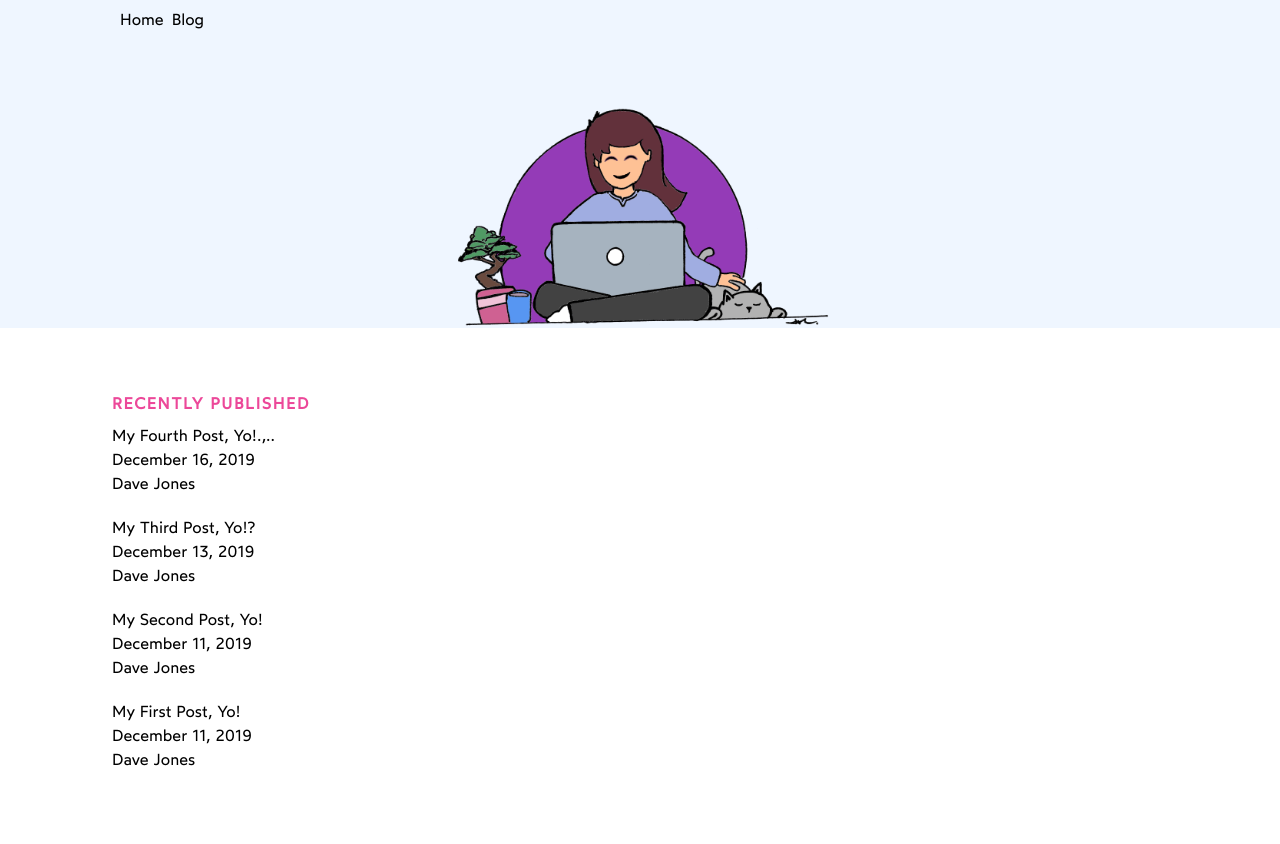
Repository: Risclover/markdown-blog
Page: /
An editor plug-in stored every save of this project. The page is shown before and after the next save, followed by the edit.
The browser window is 1280 px wide. The pictures show the whole page.
The project was rebuilt for these pictures with package versions that can differ from the ones it lists, and the page was loaded fresh each time.

Above is the page before, as saved 2023-06-28 14:07:42.

### src/index.js
import React from "react";
import ReactDOM from "react-dom/client";
import { BrowserRouter as Router } from "react-router-dom";
import "./fonts/wotfard-cufonfonts-webfont/style.css";

import "./index.css";
import App from "./App";

const root = ReactDOM.createRoot(document.getElementById("root"));
root.render(
  <Router>
    <App />
  </Router>
);

### src/fonts/wotfard-cufonfonts-webfont/style.css
/* #### Generated By: http://www.cufonfonts.com #### */

    @font-face {
    font-family: 'Wotfard Regular';
    font-style: normal;
    font-weight: normal;
    src: local('Wotfard Regular'), url('Wotfard-Regular.woff') format('woff');
    }

### src/index.css
*,
*::before,
*::after {
  box-sizing: border-box;
}
* {
  margin: 0;
}
body {
  line-height: 1.5;
  min-height: 100vh;
  -webkit-font-smoothing: antialiased;
}
img,
picture,
video,
canvas,
svg {
  display: block;
  max-width: 100%;
}
input,
button,
textarea,
select {
  font: inherit;
}
p,
h1,
h2,
h3,
h4,
h5,
h6 {
  overflow-wrap: break-word;
}
#root,
#__next {
  isolation: isolate;
}

### src/App.js
import "./App.css";
import { Route, Routes } from "react-router-dom";
import Home from "./pages/Home";
import NavBar from "./components/NavBar";
import Header from "./components/Header";
import HomeHeader from "./components/HomeHeader";

function App() {
  return (
    <div className="bg-white-100 min-h-screen">
      <Header>
        <NavBar />
        <HomeHeader />
      </Header>
      <div className="m-auto">
        <Routes>
          <Route path="/" element={<Home />} />
        </Routes>
      </div>
    </div>
  );
}

export default App;

### src/pages/Home.js
import React, { useEffect } from "react";
import postList from "../posts.json";
import HomeHeader from "../components/HomeHeader";

export default function Home() {
  console.log(postList);

  postList.sort((a, b) => {
    let aPost = a.timestamp;
    let bPost = b.timestamp;

    return bPost - aPost;
  });

  return (
    <div className="container px-12 py-16 font-sans mx-auto max-w-6xl w-full">
      <h2 className="uppercase text-base font-semibold tracking-widest text-pink-500">
        Recently Published
      </h2>
      <div className="grid grid-cols-1 gap-1 grid-flow-row ">
        {postList.map((post) => (
          <div key={post.id} className="container py-2 bg-white">
            <div className="">{post.title}</div>
            <div>{post.date}</div>
            <div>{post.author}</div>
          </div>
        ))}
      </div>
    </div>
  );
}

### src/components/NavBar.js
import React from "react";

export default function NavBar() {
  return (
    <div className="py-2">
      <ul className="flex">
        <li className="mx-2">Home</li>
        <li>Blog</li>
      </ul>
    </div>
  );
}

### src/components/Header.js
import React from "react";

export default function Header({ children }) {
  return (
    <header className="w-full bg-blue-50 flex flex-col">
      <div className="max-w-6xl px-12 w-full mx-auto">{children}</div>
    </header>
  );
}

### src/components/HomeHeader.js
import React from "react";
import Avatar from "../images/avatar.png";
export default function HomeHeader() {
  return (
    <div className="h-72 flex flex-col justify-end">
      <div>
        <img className="w-96 m-auto" src={Avatar} />
      </div>
    </div>
  );
}

### src/posts.json
[{"id":4,"title":"My Third Post, Yo!?","subtitle":"No subtitle given","description":"No description given","author":"Dave Jones","date":"December 13, 2019","timestamp":1576224000,"content":"\nWelcome to My Blog. _It's a beautiful thing._ I hope you'll have as much fun reading my posts as I have writing them. Well, before we go any further, allow me to introduce myself. I'm Dave Jones. I'm 34, and from Montreal, Canada.\n"},{"id":3,"title":"My Second Post, Yo!","subtitle":"No subtitle given","description":"No description given","author":"Dave Jones","date":"December 11, 2019","timestamp":1576051200,"content":"\nWelcome to My Blog. _It's a beautiful thing._ I hope you'll have as much fun reading my posts as I have writing them. Well, before we go any further, allow me to introduce myself. I'm Dave Jones. I'm 34, and from Montreal, Canada.\n"},{"id":2,"title":"My Fourth Post, Yo!.,..","subtitle":"No subtitle given","description":"No description given","author":"Dave Jones","date":"December 16, 2019","timestamp":1576483200,"content":"\nWelcome to My Blog. _It's a beautiful thing._ I hope you'll have as much fun reading my posts as I have writing them. Well, before we go any further, allow me to introduce myself. I'm Dave Jones. I'm 34, and from Montreal, Canada.\n"},{"id":1,"title":"My First Post, Yo!","subtitle":"This is a subtitle.","description":"Happy Pride month! In this tutorial, I'll share a handful of my favourite animation tricks. You'll learn how to build an animated wavy pride flag using CSS keyframes and linear gradients. We'll also see how to make it dynamic using React. 🏳️‍🌈","author":"Dave Jones","date":"December 11, 2019","timestamp":1576051200,"content":"\nWelcome to My Blog. _It's a beautiful thing._ I hope you'll have as much fun reading my posts as I have writing them. Well, before we go any further, allow me to introduce myself. I'm Dave Jones. I'm 34, and from Montreal, Canada.\n"}]

### tailwind.config.js
/** @type {import('tailwindcss').Config} */
module.exports = {
  content: [
    "./app/**/*.{js,ts,jsx,tsx,mdx}",
    "./pages/**/*.{js,ts,jsx,tsx,mdx}",
    "./components/**/*.{js,ts,jsx,tsx,mdx}",

    // Or if using `src` directory:
    "./src/**/*.{js,ts,jsx,tsx,mdx}",
  ],
  theme: {
    fontFamily: {
      sans: ["Wotfard Regular", "sans-serif"],
    },
    extend: {},
  },
  plugins: [],
};

Loaded but not shown: public/index.html (common file); src/App.css (common file)

After the next save:
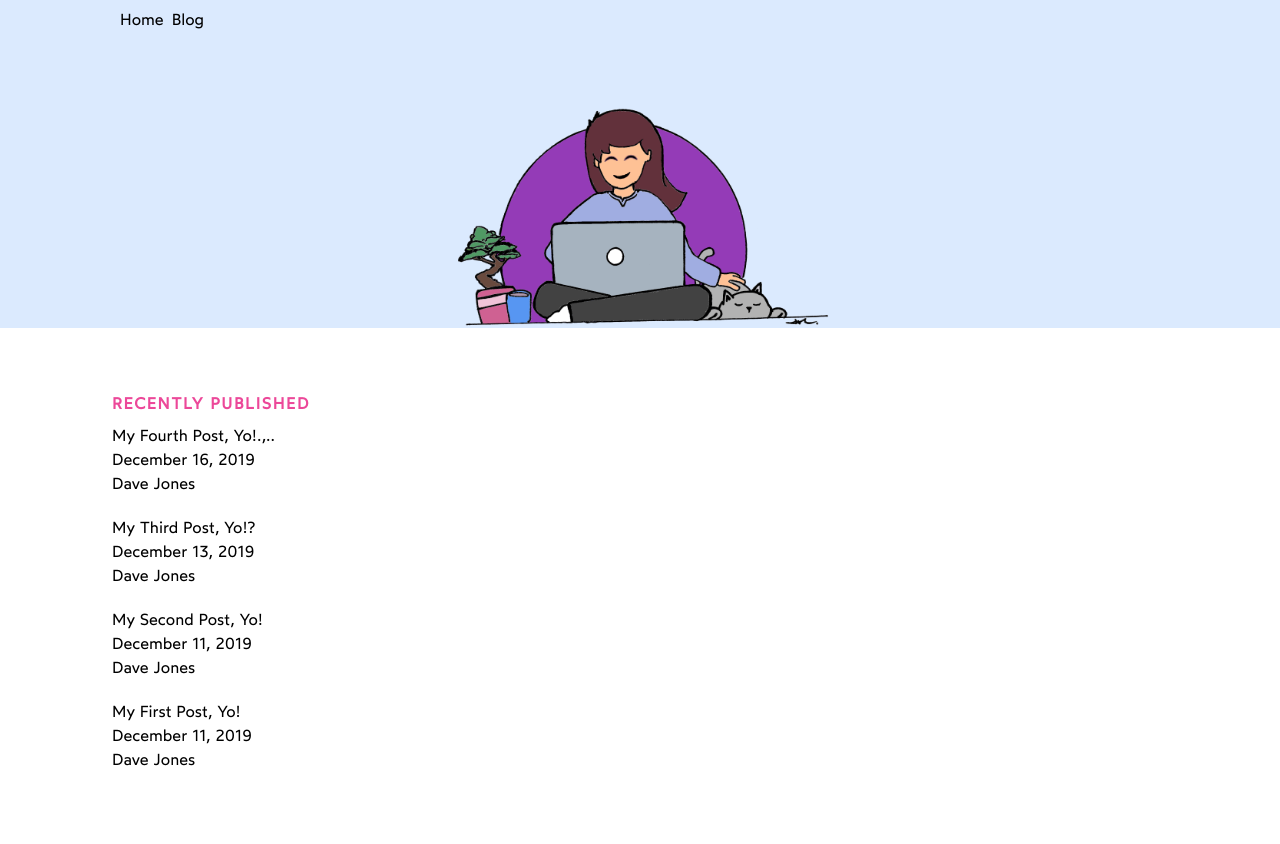
Saved 13 s later.
--- a/src/components/Header.js
+++ b/src/components/Header.js
@@ -2,7 +2,7 @@ import React from "react";
 
 export default function Header({ children }) {
   return (
-    <header className="w-full bg-blue-50 flex flex-col">
+    <header className="w-full bg-blue-100 flex flex-col">
       <div className="max-w-6xl px-12 w-full mx-auto">{children}</div>
     </header>
   );
